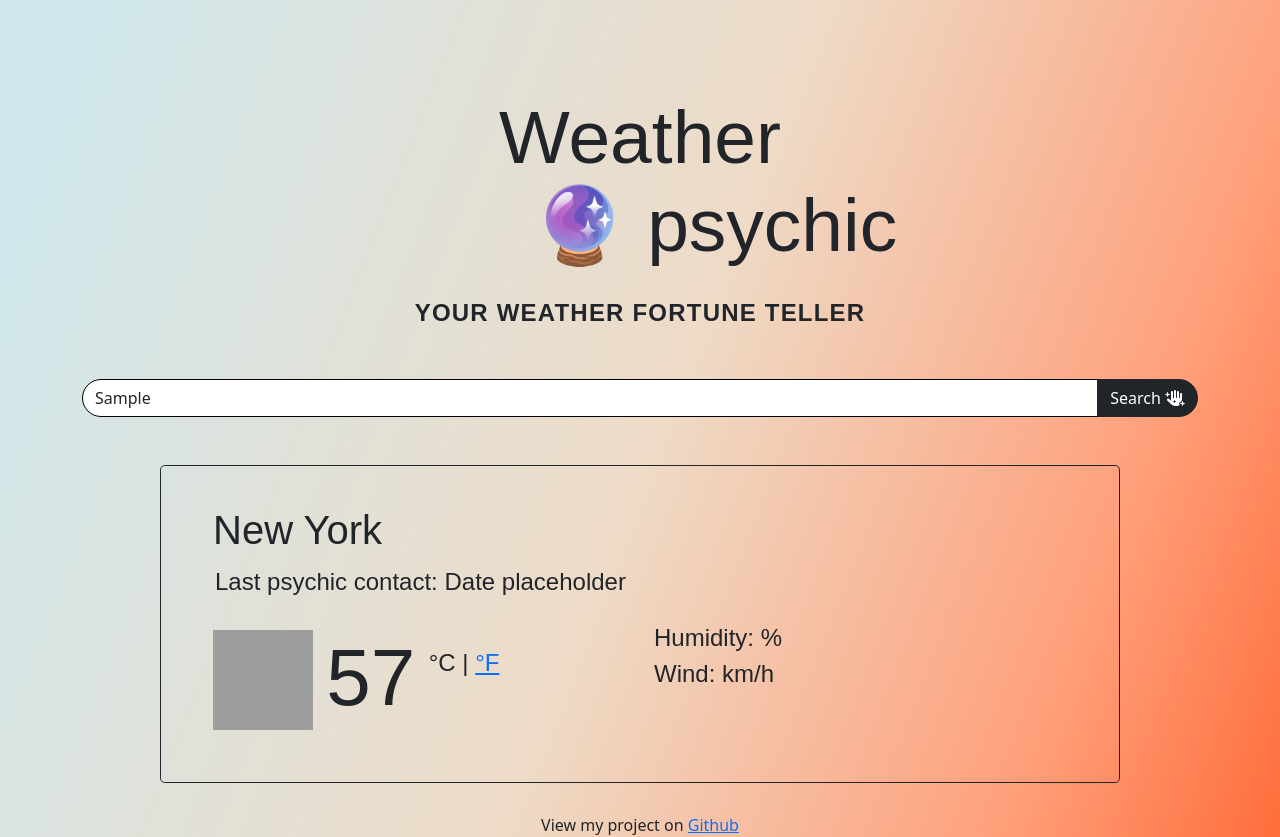
Repository: kathrin-aigner/vanilla-weather-app
Page: index.html
An editor plug-in stored every save of this project. The page is shown before and after the next save, followed by the edit.
The browser window is 1280 px wide. The pictures show the whole page.
Empty fields were first filled with sample values (such as "Sample", 5 or name@example.com).
After loading, the first visible `#fahrenheit-link` was clicked once.
Pictures or frames that could not be fetched are drawn as grey boxes. The page's requests for data from a server got no answer. Some web fonts or font styles are not loaded; a fallback is used. Some web libraries are served in a nearby version.

Above is the page before, as saved 2022-01-28 16:16:02.
Console error (its wording comes from the project's code and is left out).

After the next save:
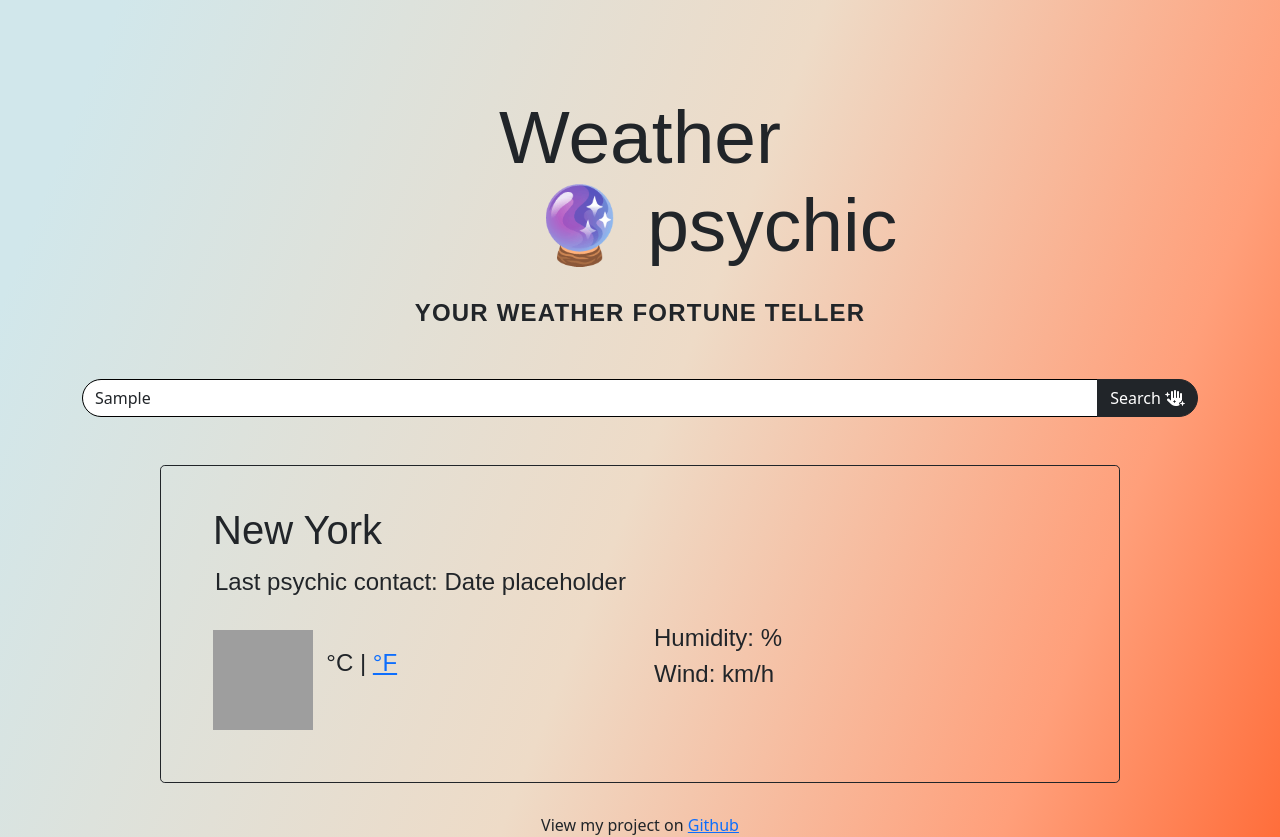
Saved 4 min 35 s later.
--- a/src/app.js
+++ b/src/app.js
@@ -58,7 +58,7 @@
 
 function displayFahrenheitTemperature(event) {
   event.preventDefault();
-  let fahrenheitTemperature = (14 * 9) / 5 + 32;
+  let fahrenheitTemperature = `(${temperatureElement} * 9) / 5 + 32`;
   let temperatureElement = document.querySelector("#temperature");
   temperatureElement.innerHTML = Math.round(fahrenheitTemperature);
 }
@@ -69,3 +69,5 @@
 
 let fahrenheitLink = document.querySelector("#fahrenheit-link");
 fahrenheitLink.addEventListener("click", displayFahrenheitTemperature);
+
+let temperatureElement = document.querySelector("#temperature");

After the 4 saves that followed:
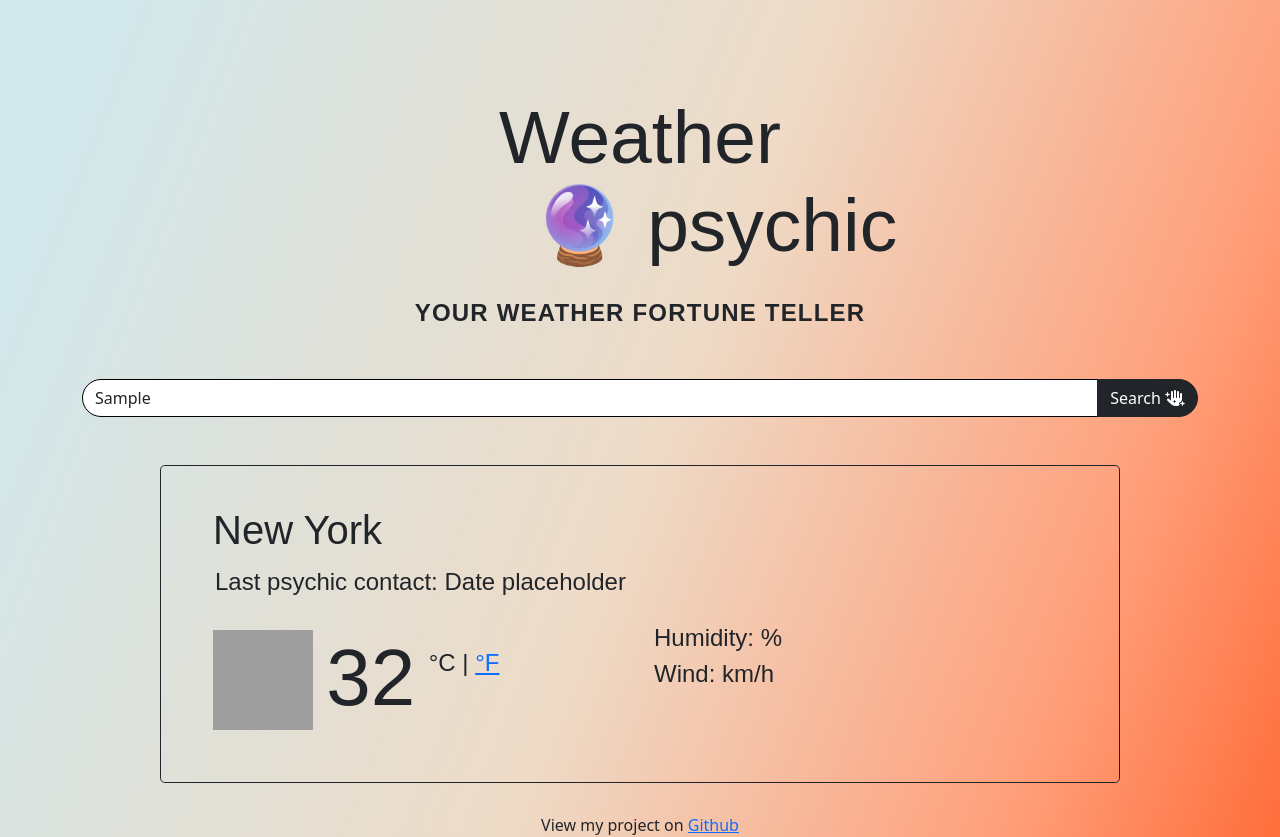
The 4 saves are shown as one change because 3 left the picture as it was.
The last was saved 7 min 15 s later.
--- a/src/app.js
+++ b/src/app.js
@@ -33,10 +33,12 @@
   let dateElement = document.querySelector("#date");
   let iconElement = document.querySelector("#icon");
 
+  celsiusTemperature = response.data.main.temp;
+
   windElement.innerHTML = Math.round(response.data.wind.speed);
   humidityElement.innerHTML = response.data.main.humidity;
   descriptionElement.innerHTML = response.data.weather[0].description;
-  temperatureElement.innerHTML = Math.round(response.data.main.temp);
+  temperatureElement.innerHTML = Math.round(celsiusTemperature);
   cityElement.innerHTML = response.data.name;
   dateElement.innerHTML = formatDate(response.data.dt * 1000);
   iconElement.setAttribute(
@@ -58,11 +60,12 @@
 
 function displayFahrenheitTemperature(event) {
   event.preventDefault();
-  let fahrenheitTemperature = `(${temperatureElement} * 9) / 5 + 32`;
   let temperatureElement = document.querySelector("#temperature");
+  let fahrenheitTemperature = (celsiusTemperature * 9) / 5 + 32;
   temperatureElement.innerHTML = Math.round(fahrenheitTemperature);
 }
-search("Linz");
+
+let celsiusTemperature = null;
 
 let form = document.querySelector("#search-form");
 form.addEventListener("click", handleSubmit);
@@ -70,4 +73,4 @@
 let fahrenheitLink = document.querySelector("#fahrenheit-link");
 fahrenheitLink.addEventListener("click", displayFahrenheitTemperature);
 
-let temperatureElement = document.querySelector("#temperature");
+search("Linz");
